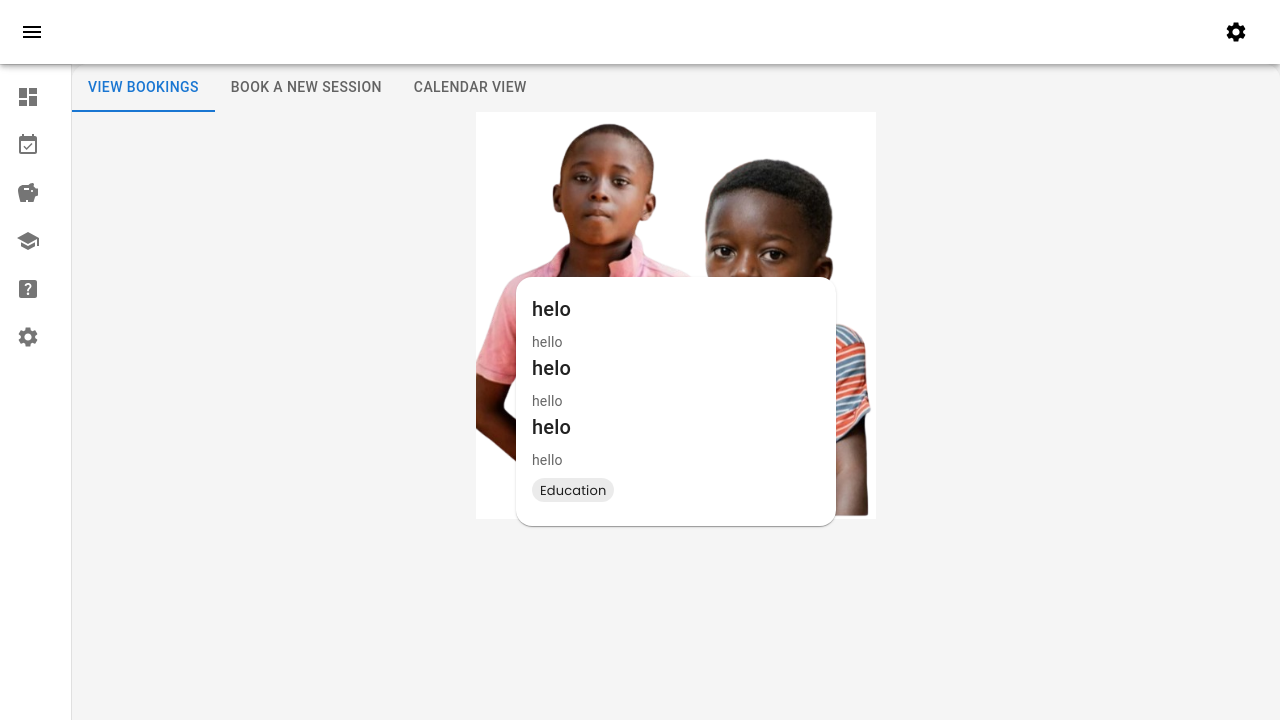
Repository: shubhampirate/Google_Solutions_Edural
Page: /bookings
The author's editor kept a copy of each file at every save. The page is drawn from the files as they stood at one save, then again after the next save.
The browser window is 1280 px wide. The pictures show the whole page.
An inner scrolling area shows only its first screen. The project was rebuilt for these pictures with package versions that can differ from the ones it lists, and the page was loaded fresh each time. Some packages were replaced by stand-ins written for this rebuild. Also part of the build but not shown: src/Components/CustomButton.jsx, src/Components/Navbar.jsx, src/Components/Footer.jsx, src/Components/CongratsCard.jsx, src/pages/Hero/Hero.jsx, src/pages/Dashboard/Dashboard.jsx, src/pages/Sign_in.jsx, src/pages/Bookings/LicenseCard.jsx.

Above is the page before, as saved 2024-02-04 17:48:44.

After the next save:
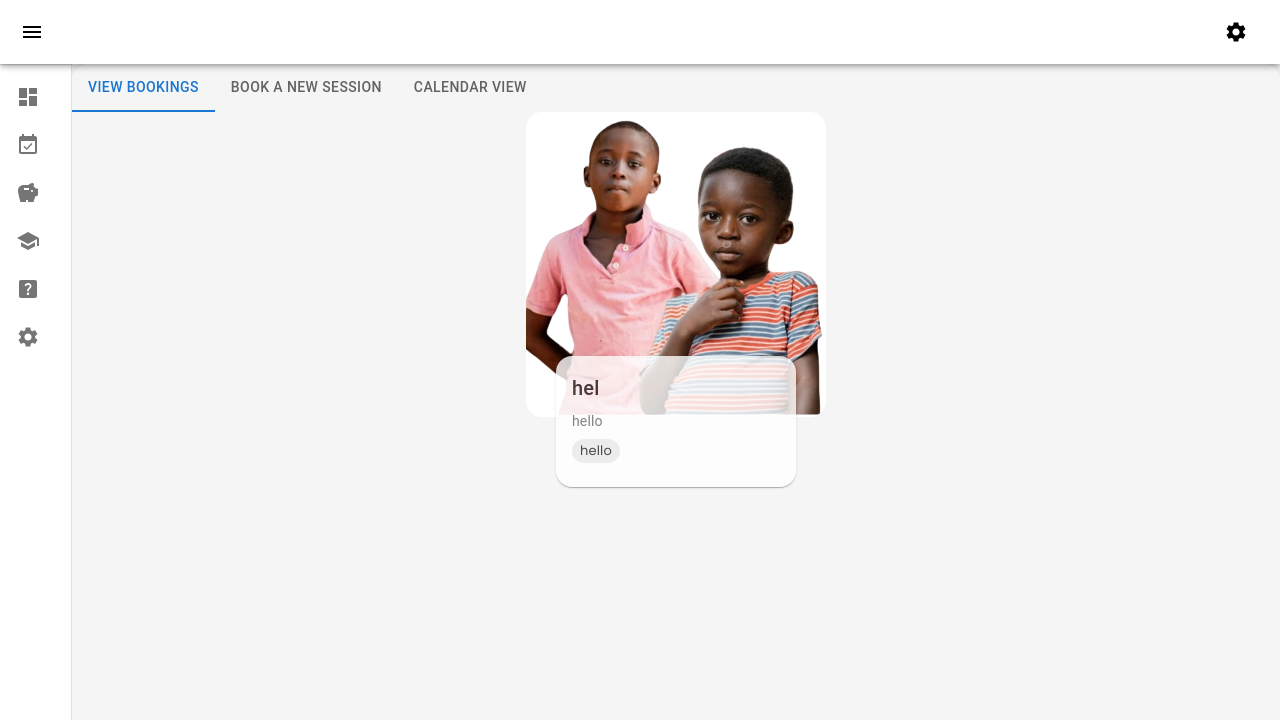
Saved 95 s later.
--- a/src/pages/Bookings/bookings.jsx
+++ b/src/pages/Bookings/bookings.jsx
@@ -98,50 +98,39 @@ export default function Booking() {
           </Tabs>
 
           {tabValue === 0 && (
-            <Box position="relative" maxWidth="400px" margin="auto">
-      <img
-        src={heroImg}
-        alt="card-background"
-        style={{
-          width: '100%',
-          height: 'auto',
-          objectFit: 'cover',
-        }}
-      />
-      <Card
-        sx={{
-          position: 'absolute',
-          bottom: 0,
-          left: '10%', // Adjust as needed
-          right: '10%', // Adjust as needed
-          backgroundColor: (theme) => theme.palette.background.paper,
-          opacity: 1,
-          borderRadius: '16px',
-        }}
-      >
-        <CardContent>
-          <Typography variant="h6" gutterBottom>
-          helo
-          </Typography>
-          <Typography variant="body2" color="text.secondary">
-          hello
-          </Typography>
-          <Typography variant="h6" gutterBottom>
-          helo
-          </Typography>
-          <Typography variant="body2" color="text.secondary">
-          hello
-          </Typography>
-          <Typography variant="h6" gutterBottom>
-          helo
-          </Typography>
-          <Typography variant="body2" color="text.secondary">
-          hello
-          </Typography>
-          <Chip label="Education" size="small" sx={{ marginTop: '8px' }} />
-        </CardContent>
-      </Card>
-    </Box>
+       <Box position="relative" maxWidth="300px" margin="auto" marginBottom="2rem">
+       <img
+         src={heroImg}
+         alt="card-background"
+         style={{
+           width: '100%',
+           height: 'auto',
+           borderRadius: '16px',
+           objectFit: 'cover',
+         }}
+       />
+       <Card
+         sx={{
+           position: 'absolute',
+           bottom: '-20%', // Adjust as needed (negative value starts from above the image)
+           left: '10%', // Adjust as needed
+           right: '10%', // Adjust as needed
+           backgroundColor: (theme) => theme.palette.background.paper,
+           opacity: 0.8,
+           borderRadius: '16px',
+         }}
+       >
+         <CardContent>
+           <Typography variant="h6" gutterBottom>
+             hel
+           </Typography>
+           <Typography variant="body2" color="text.secondary">
+         hello
+           </Typography>
+           <Chip label="hello" size="small" sx={{ marginTop: '8px' }} />
+         </CardContent>
+       </Card>
+     </Box>
 //             <Box>
 //               <div className="">
 //               <Box sx={{ flex: "0.75" }}>
